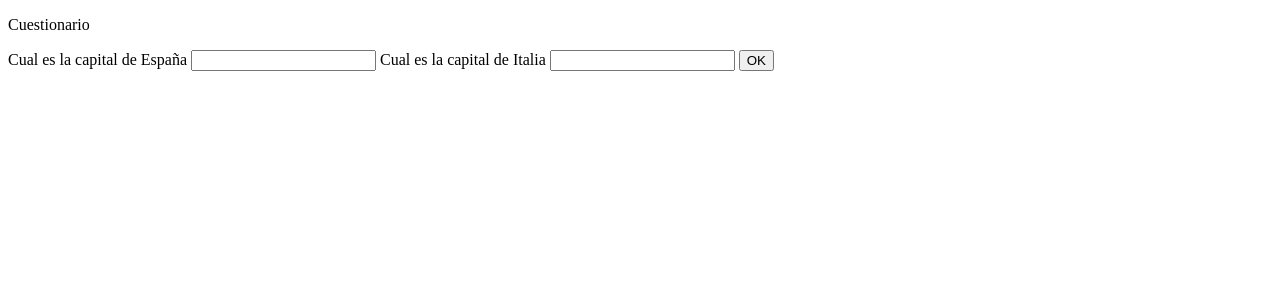
Repository: Matmart13/Acceso-a-Datos-2
Page: http://localhost/JSP1/Ejercicio4.jsp
An editor plug-in stored every save of this project. The page is shown before and after the next save, followed by the edit.
The browser window is 1280 px wide. The pictures show the whole page.
The page is served by Tomcat 9.

Above is the page before, as saved 2023-01-30 14:53:48.

### JSP1/src/main/webapp/Ejercicio4.jsp
<%-- Ejercicio 5.jsp --%>
<%@page contentType="text/html" pageEncoding="UTF-8"%>
<!DOCTYPE html>
<html>
<head>
<meta http-equiv="Content-Type" content="text/html; charset=UTF-8">
</head>
<body>
<p>Cuestionario</p>
<form method="get" action="resultadoEj5.jsp">
Cual es la capital de España
<input type="text" name="ultimo">
Cual es la capital de Italia
<input type="text" name="ultimo">
<input type="submit" value="OK">
</form>
</body>
</html>

After the next save:
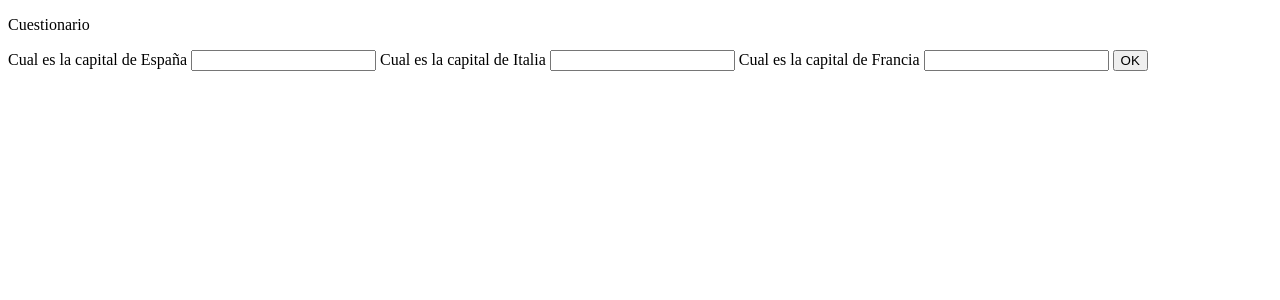
Saved 13 s later.
--- a/JSP1/src/main/webapp/Ejercicio4.jsp
+++ b/JSP1/src/main/webapp/Ejercicio4.jsp
@@ -12,6 +12,8 @@ Cual es la capital de España
 <input type="text" name="ultimo">
 Cual es la capital de Italia
 <input type="text" name="ultimo">
+Cual es la capital de Francia
+<input type="text" name="ultimo">
 <input type="submit" value="OK">
 </form>
 </body>
